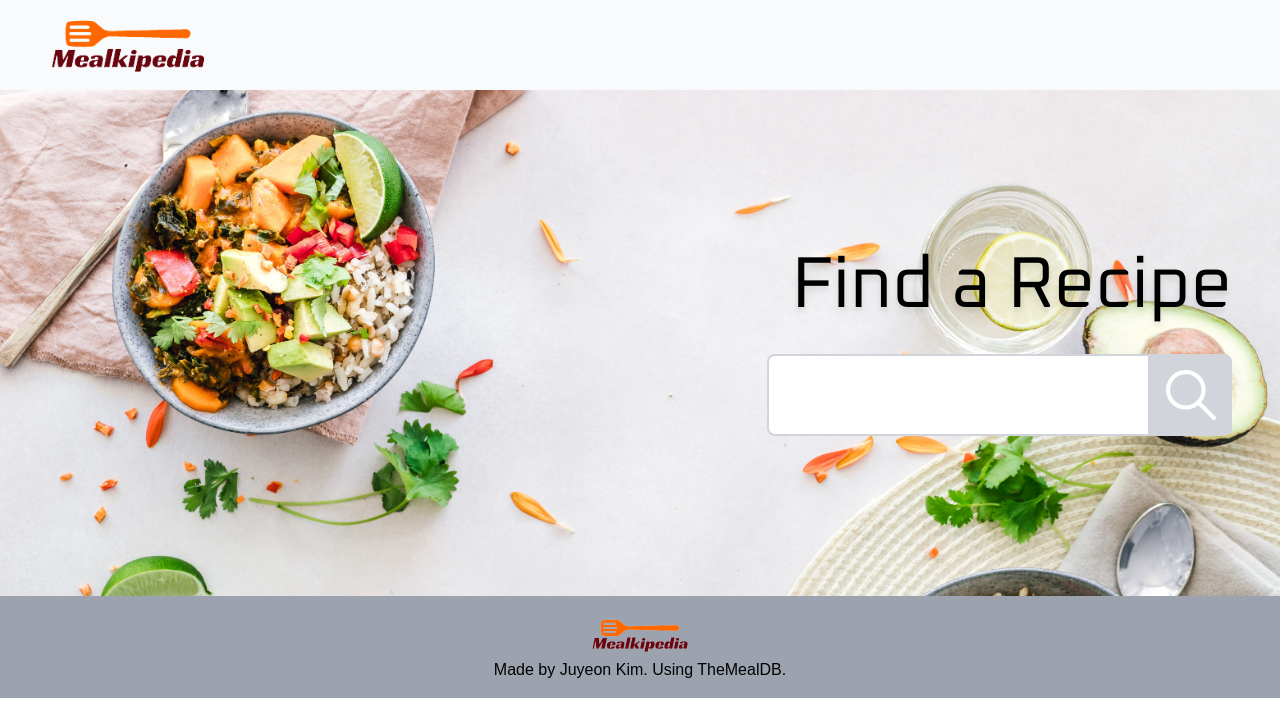
Repository: Jay-JYKim91/grj_mealkipedia
Page: /
These files come from the project's save history. The page is drawn as it stood at one moment and after the next save; the edit follows.
The browser window is 1280 px wide. The pictures show the whole page.
Some web fonts or font styles are not loaded; a fallback is used. The project was rebuilt for these pictures with package versions that can differ from the ones it lists, and the page was loaded fresh each time. Also part of the build but not shown: src/component/recipe.tsx. Imported but missing from the stored project, and not drawn on this page: src/component/search.

Above is the page before, as saved 2022-06-21 16:03:58.

After the next save:
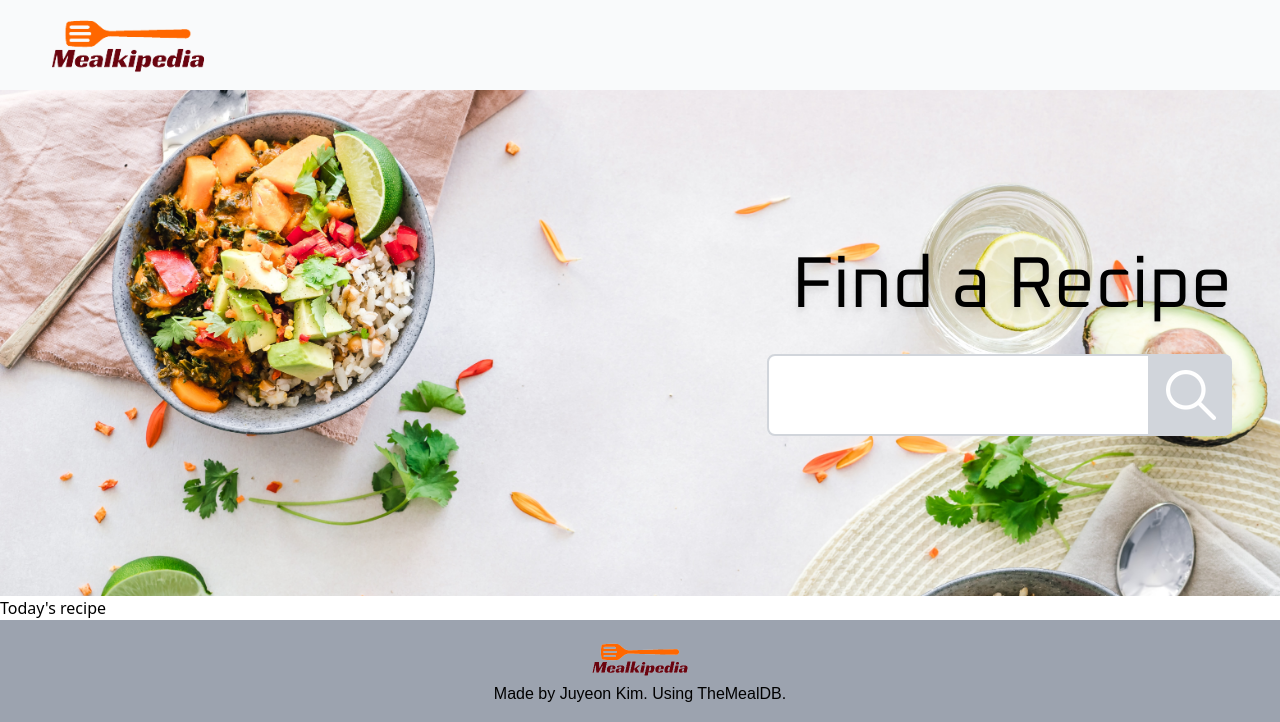
Saved 48 s later.
--- a/src/component/home.tsx
+++ b/src/component/home.tsx
@@ -19,7 +19,7 @@ const Home: React.FC = () => {
                 </div>
             </div>
             <div>
-
+                <h1>Today's recipe</h1>
             </div>
         </>
     )
